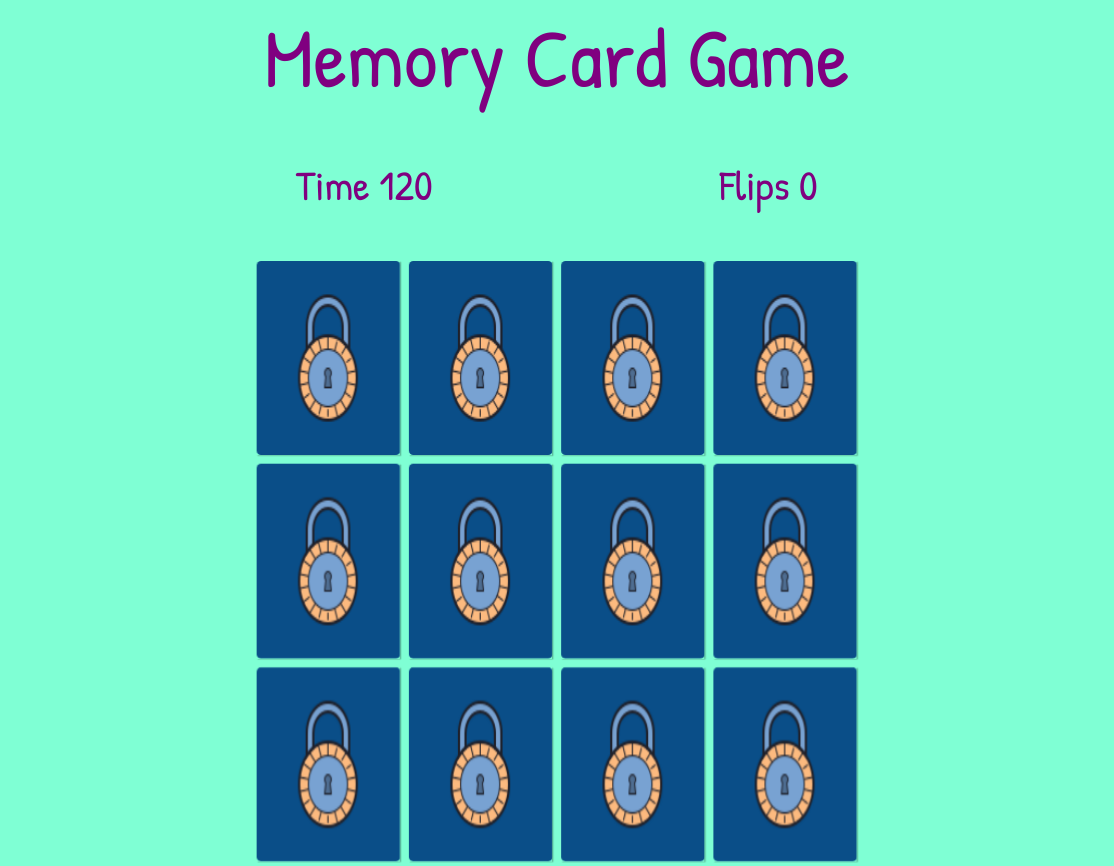
Repository: claudiadanaila1/Project-2--Interactive-FrontEnd---Memory-game
Page: index.html
The author's editor kept a record of every edit. The page is drawn from the files as they stood at one moment, then again after the next edit.
The browser window is 1280 px wide. The pictures show the whole page, at 87% of full size.

Above is the page before.

### index.html
<!DOCTYPE html>
<html lang="en">
<head>
    <meta charset="UTF-8">
    <meta name="viewport" content="width=device-width, initial-scale=1.0">
    <meta http-equiv="X-UA-Compatible" content="ie=edge">
    <link rel="stylesheet" href="css/style.css" type="text/css" />
    <title>Memory Card Game</title>
</head>
<body>
    <h1 class="title">Memory Card Game</h1>

    <div class="game-info-container">
      <div class="game-info">
        Time <span id="time-remaining">120</span>
      </div>
      <div class="game-info">
        Flips <span id="flips">0</span>
      </div>
    </div>

  <section class="memory-game">
      <div class="memory-card">
          <img class="card-front" src="assets/images/jelly1.jpg" alt="jelly-fish"/>
          <img class="card-back"  src="assets/images/icon8-lock.png" alt="lock" />
      </div>
      <div class="memory-card">
          <img class="card-front" src="assets/images/jelly1.jpg" alt="jelly-fish"/>
          <img class="card-back"  src="assets/images/icon8-lock.png" alt="lock" />
      </div>
      <div class="memory-card">
          <img class="card-front" src="assets/images/jelly2.jpg" alt="jelly-fish"/>
          <img class="card-back"  src="assets/images/icon8-lock.png" alt="lock" />
      </div>
      <div class="memory-card">
          <img class="card-front" src="assets/images/jelly2.jpg" alt="jelly-fish"/>
          <img class="card-back"  src="assets/images/icon8-lock.png" alt="lock" />
      </div>
      <div class="memory-card">
          <img class="card-front" src="assets/images/jelly3.jpg" alt="jelly-fish"/>
          <img class="card-back"  src="assets/images/icon8-lock.png" alt="lock" />
      </div>
      <div class="memory-card">
          <img class="card-front" src="assets/images/jelly3.jpg" alt="jelly-fish"/>
          <img class="card-back"  src="assets/images/icon8-lock.png" alt="lock" />
      </div>
      <div class="memory-card">
          <img class="card-front" src="assets/images/jelly4.jpg" alt="jelly-fish"/>
          <img class="card-back"  src="assets/images/icon8-lock.png" alt="lock" />
      </div>
      <div class="memory-card">
          <img class="card-front" src="assets/images/jelly4.jpg" alt="jelly-fish"/>
          <img class="card-back"  src="assets/images/icon8-lock.png" alt="lock" />
      </div>
      <div class="memory-card">
          <img class="card-front" src="assets/images/jelly5.jpg" alt="jelly-fish"/>
          <img class="card-back"  src="assets/images/icon8-lock.png" alt="lock" />
      </div>
      <div class="memory-card">
          <img class="card-front" src="assets/images/jelly6.jpg" alt="jelly-fish"/>
          <img class="card-back"  src="assets/images/icon8-lock.png" alt="lock" />
      </div>
      <div class="memory-card">
          <img class="card-front" src="assets/images/jelly7.jpg" alt="jelly-fish"/>
          <img class="card-back"  src="assets/images/icon8-lock.png" alt="lock" />
      </div>
      <div class="memory-card">
          <img class="card-front" src="assets/images/jelly8.jpg" alt="jelly-fish"/>
          <img class="card-back"  src="assets/images/icon8-lock.png" alt="lock" />
      </div>

  </section>

</body>
</html>

### css/style.css
@import url('https://fonts.googleapis.com/css?family=Patrick+Hand&display=swap');


* {
    padding:0;
    margin:0;
    box-sizing: border-box;
}

html {
   height: 100vh;
    display: flex;
    background-color:aquamarine;
}

body{
    margin:auto;
    justify-content:center;
}

.title {
    font-family:"Patrick Hand", sans-serif;
    font-size: 6em;
    text-align: center;
    font-weight: normal;
    color:purple;
}

.game-info-container {
    grid-column: 1/-1;
    justify-content: space-between;
    display: flex;
    margin:50px;
}

.game-info {
    font-family: "Patrick Hand", sans-serif;
    font-size:3em;
    color:purple;
}

.memory-game {
    height:700px;
    width:700px;
    margin:auto;
    display:flex;
    flex-wrap: wrap;
    perspective:1000px;
}

.memory-card {
  width: calc(25% - 10px);
  height: calc(33.333% - 10px);
  margin: 5px;
  position: relative;
  transform: scale(1);
  transform-style: preserve-3d;
  transition: transform .5s;
  box-shadow: 1px 1px 1px rgba(0,0,0,.3);
}

.memory-card:active {
  transform: scale(0.96);
  transition: transform .3s;
}

.memory-card.flip {
  transform: rotateY(180deg);
}

.card-front,
.card-back {
  width: 100%;
  height: 100%;
  padding: 20px;
  position: absolute;
  border-radius: 5px;
  background: #0a4e88;
  backface-visibility: hidden;
}

.card-front {
  transform: rotateY(180deg);
}

After the next edit:
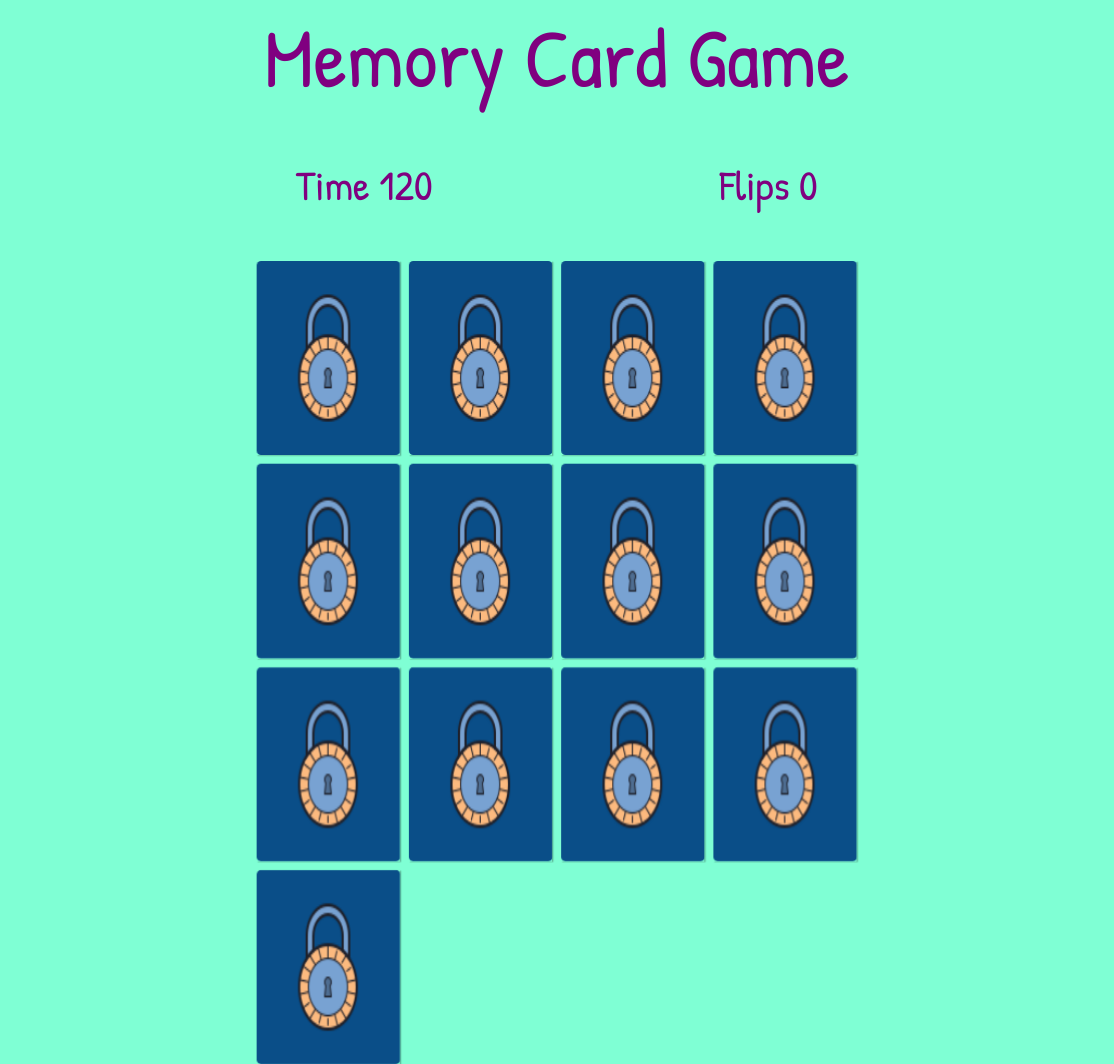
The edit:
--- a/index.html
+++ b/index.html
@@ -57,6 +57,10 @@
           <img class="card-back"  src="assets/images/icon8-lock.png" alt="lock" />
       </div>
       <div class="memory-card">
+          <img class="card-front" src="assets/images/jelly5.jpg" alt="jelly-fish"/>
+          <img class="card-back"  src="assets/images/icon8-lock.png" alt="lock" />
+      </div>
+      <div class="memory-card">
           <img class="card-front" src="assets/images/jelly6.jpg" alt="jelly-fish"/>
           <img class="card-back"  src="assets/images/icon8-lock.png" alt="lock" />
       </div>
